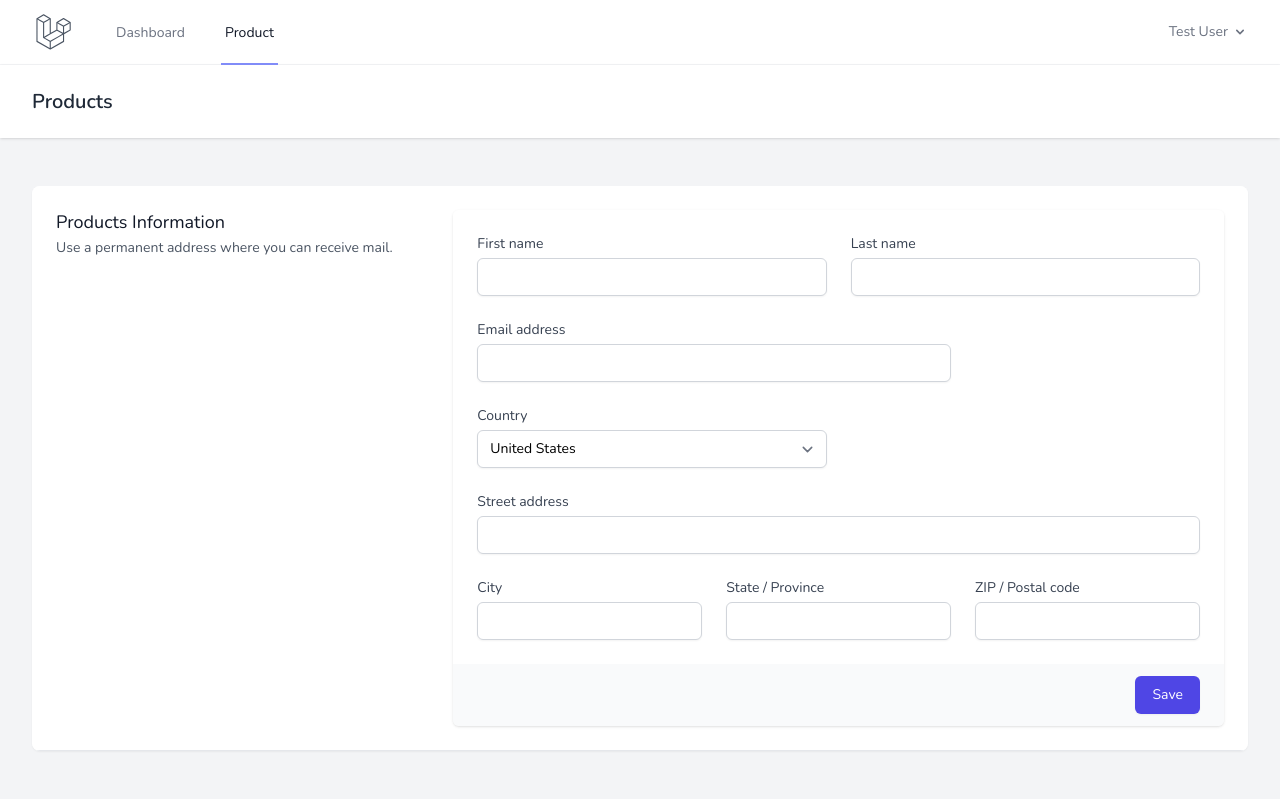
Repository: krishna-vm/them_set
Page: http://localhost/product
These files come from the project's save history. The page is drawn as it stood at one moment and after the next save; the edit follows.
The browser window is 1280 px wide. The pictures show the whole page.
The page is served by the project's Laravel application, run on PHP 8.4 with Laravel 8. A made-up administrator, Test User (test@example.com), is signed in. Style sheets and scripts are compiled from the project's sources, by tool versions that may differ from the author's.

Above is the page before, as saved 2022-09-08 13:30:55.

After the next save:
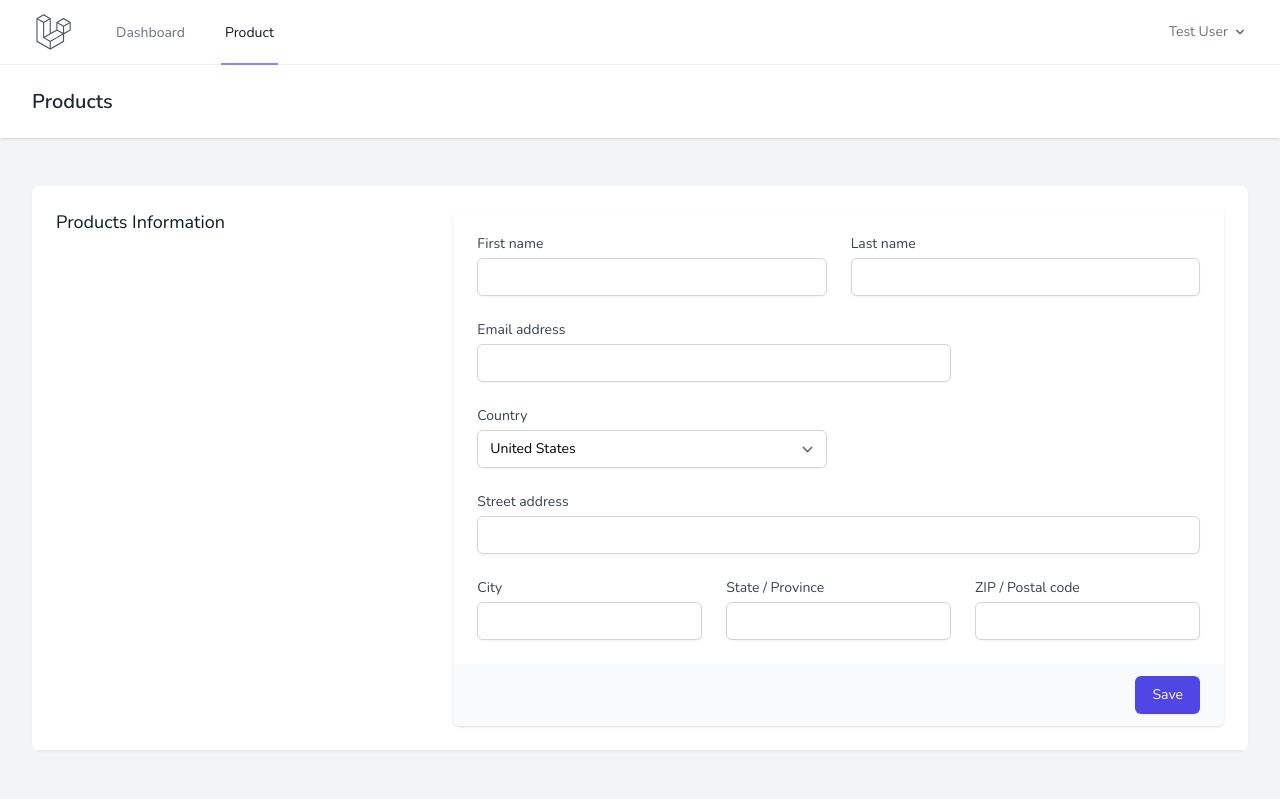
Saved 12 s later.
--- a/resources/views/product.blade.php
+++ b/resources/views/product.blade.php
@@ -16,7 +16,7 @@
                                       <div class="md:col-span-1">
                                         <div class="px-4 sm:px-0">
                                           <h3 class="text-lg font-medium leading-6 text-gray-900">Products Information</h3>
-                                          <p class="mt-1 text-sm text-gray-600">Use a permanent address where you can receive mail.</p>
+                                          {{-- <p class="mt-1 text-sm text-gray-600">Use a permanent address where you can receive mail.</p> --}}
                                         </div>
                                       </div>
                                       <div class="mt-5 md:col-span-2 md:mt-0">
